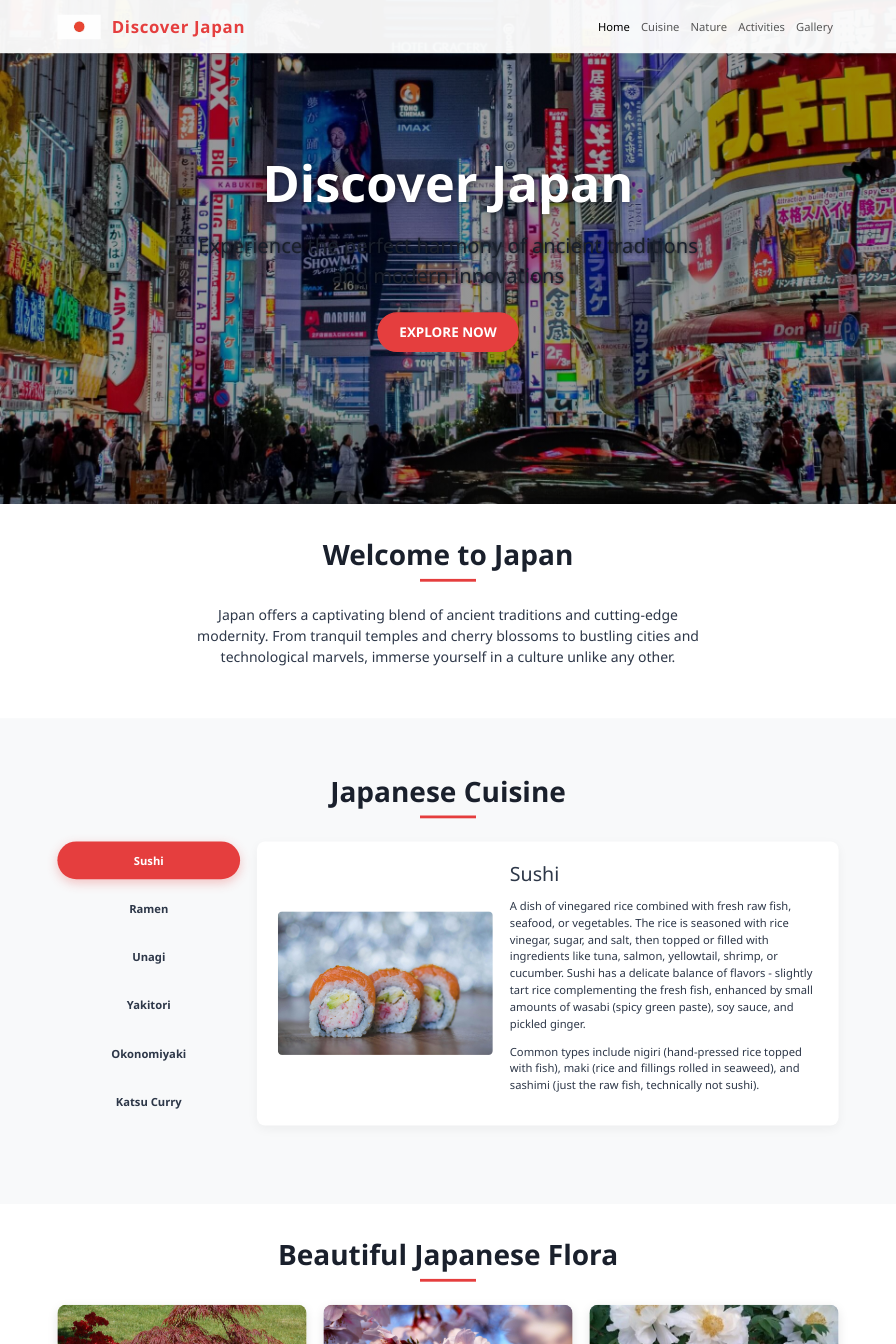
Repository: urielaracena/softwareDev
Page: project1/project1.html
These files come from the project's save history. The page is drawn as it stood at one moment and after the next save; the edit follows.
The browser window is 1280 px wide. The pictures show the part of the page from y = 0 to 1920 px (the page is 5087 px tall), at 70% of full size.
Backgrounds fixed to the window are drawn as part of the page.

Above is the page before, as saved 2025-04-18 13:31:05.

After the next save:
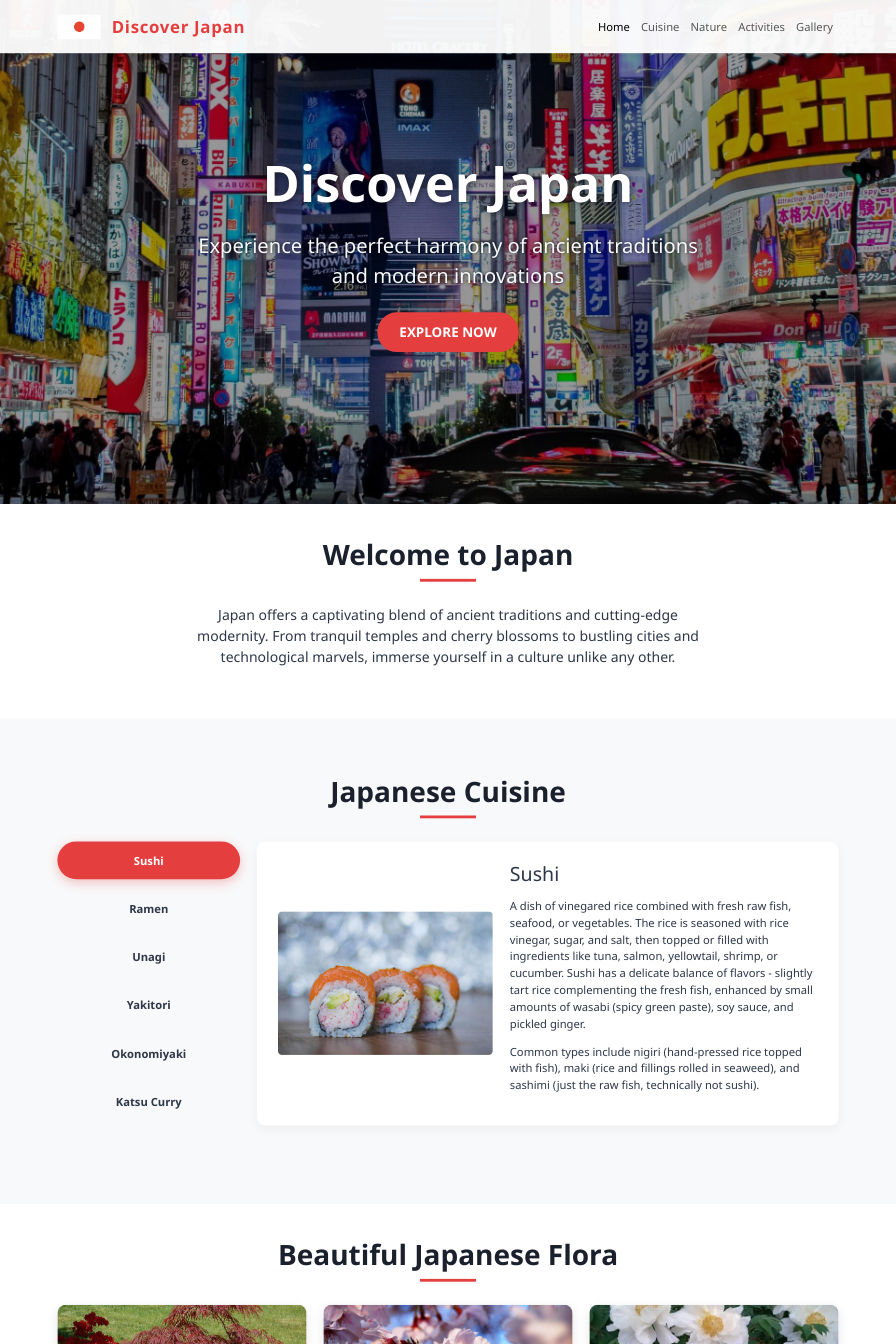
Saved 8 s later.
--- a/project1/project1style.css
+++ b/project1/project1style.css
@@ -61,7 +61,7 @@
   }
 
   .hero-subtitle {
-    color: var(--secondary);
+    color: var(--light);
     font-size: 1.8rem;
     font-weight: 300;
     margin-bottom: 2rem;
